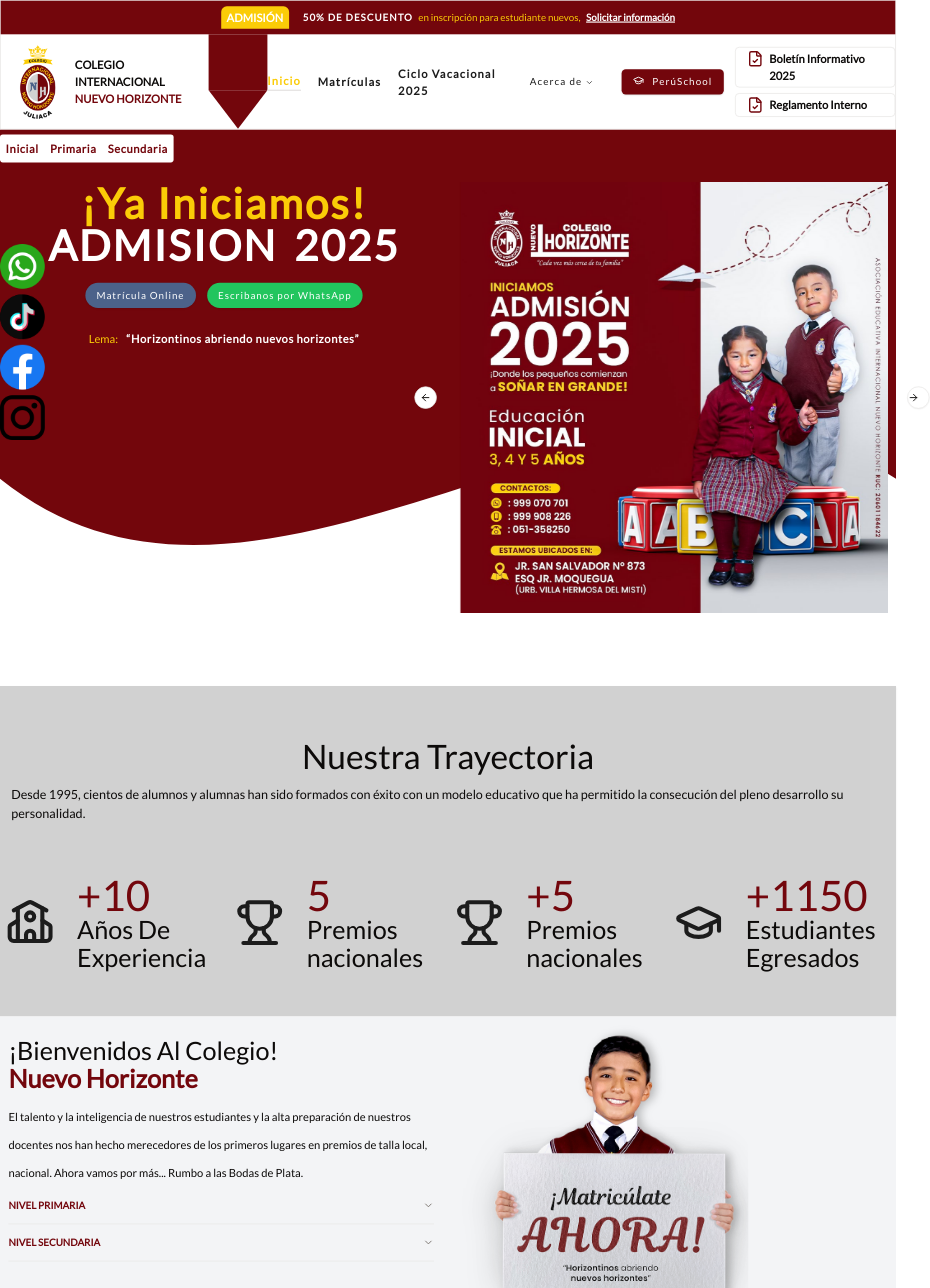
Repository: jefrydep/new_horizont_school
Page: /
These files come from the project's save history. The page is drawn as it stood at one moment and after the next save; the edit follows.
The browser window is 1280 px wide. The page is 1328 px wide, then 1280 px, then 1328 px, so the pictures cover 1328 px, including what lies to the right of the window. The pictures show the part of the page from y = 0 to 1840 px (the page is 4775 px tall before and 4395 px after), at 70% of full size.
The project was rebuilt for these pictures with package versions that can differ from the ones it lists, and the page was loaded fresh each time. The framework's server and built-in components were replaced by stand-ins that run in the browser. Also part of the build but not shown: next.config.ts.

Above is the page before, as saved 2024-12-05 20:01:27.

### src/app/layout.tsx
import type { Metadata } from "next";
import "./globals.css";
import Navbar from "@/components/Navbar";
import Footer from "@/components/Footer";


import { Lato } from 'next/font/google'

const lato = Lato({
  weight: '400',
  subsets: ['latin'],
  display: 'swap',
})

export const metadata: Metadata = {
  title: "COLEGIO INTERNACIONAL NUEVO HORIZONTE - JULIACA",
  description: "el mejor colegio de JULIACA,Colegio internacional nuevo horizonte",
};

export default function RootLayout({
  children,
}: Readonly<{
  children: React.ReactNode;
}>) {
  return (
    <html lang="es">

      <body
        className={` ${lato.className} antialiased `}
      >

        <div className="">
          <Navbar />
        </div>
        <main className="   ">

          {children}
          <div className="flex flex-col fixed  bottom-2     z-50   sm:top-1/2  gap-2">
            <a href="https://wa.me/+51999070701?text=Me%20gustar%C3%ADa%20recibir%20m%C3%A1s%20informaci%C3%B3n%20sobre%20el%20proceso%20de%20matr%C3%ADcula,%20requisitos%20y%20fechas%20importantes.%20Agradecer%C3%ADa%20su%20orientaci%C3%B3n%20para%20poder%20completar%20mi%20inscripci%C3%B3n%20de%20manera%20adecuada.%0A%0AQuedo%20atento%20a%20su%20respuesta.%0A%0ASaludos%20cordiales,%0A" target="_blank">
              {/* Solicitar información */}
              <img src="/whatsapp.png" alt="" className=" animate-bounce h-11  sm:h-16" />
            </a>

            <a href="https://www.tiktok.com/@colegionuevohorizonte" target="_blank">
              {/* Solicitar información */}
              <img src="/tik-tok.png" alt="" className=" animate-bounce h-11  sm:h-16 " />
            </a>
            <a href="https://www.facebook.com/internuevohorizonte  " target="_blank">
              {/* Solicitar información */}
              <img src="/facebook.png" alt="" className=" animate-bounce h-11  sm:h-16 " />
            </a>
            <a href="https://www.instagram.com/colegionuevohorizontejuliaca" target="_blank">
              {/* Solicitar información */}
              <img src="/instagram.png" alt="" className=" animate-bounce h-11  sm:h-16" />
            </a>
          </div>
        </main>
        <Footer />
      </body>
    </html>
  );
}

### src/app/page.tsx
import Form from "@/components/Form";
import Hero from "@/components/Hero";
import Location from "@/components/Location";
import PresentationCard from "@/components/PresentationCard";
import RegisterCard from "@/components/RegisterCard";
import StudentCard from "@/components/StudentCard";
import TrajectoryCard from "@/components/TrajectoryCard";

export default function Home() {
  return (
    <div className="">
      <Hero colorWave="#fff" title="¡Ya Iniciamos!" subtitle="ADMISION" year="2025" />
      <TrajectoryCard />
      <PresentationCard title="¡Bienvenidos Al Colegio!" subtitle="Nuevo Horizonte" />
      <StudentCard title="Nuestro Estudiante Es:" />
      <RegisterCard title="Proceso De Matrícula 2025" />
      <Form />
      <Location/>
    </div>
  );
}

### src/components/Hero.tsx
"use client";
import { Button } from "./ui/button";

const imagesHero = [
  {
    id: 1,
    path: "/matricula-2025.jpg",
  },
  {
    id: 2,
    path: "/matricula-2025-2.jpg",
  },
  {
    id: 3,
    path: "/matricula-2025-3.jpg",
  },
  {
    id: 4,
    path: "/matricula-2025-4.jpg",
  },
  {
    id: 5,
    path: "/matricula-2025-5.jpg",
  },
  {
    id: 6,
    path: "/ingresante.jpg",
  },
];
import {
  Carousel,
  CarouselContent,
  CarouselItem,
  CarouselNext,
  CarouselPrevious,
} from "@/components/ui/carousel";
import Autoplay from "embla-carousel-autoplay";

interface Props {
  title: string;
  subtitle: string;
  year?: string;

  colorWave?: string;
}

export default function Hero({ title, subtitle, year, colorWave }: Props) {
  return (
    <div className=" bg-title  ">
      <section className="container m-auto sm:pt-8 pt-40">
        {/* Contenedor con la imagen, texto y botones */}
        <div className="    flex flex-col     sm:pt-40 relative">
          <div className="   flex flex-row text-title font-bold justify-center mb-7 w-full sm:w-min    h-min    px-2 py-2 tracking-wider rounded gap-4   bg-white">
            <span>Inicial</span>
            <span>Primaria</span>
            <span>Secundaria</span>
          </div>
          {/* <div className="">
            <img className="z-50" src="/matricula-2025.jpg" alt=""  />
          </div> */}
          <div className="flex flex-col sm:flex-row  ">
            <div className="   flex flex-col items-center sm:w-[50%] text-center px-4">
              <h1 className=" animate-slide-down-delay-2   text-4xl sm:text-6xl font-bold text-[#fbcc07] tracking-wider">
                {title}
                <br />
                <div>
                  <span className="text-white">{subtitle}</span>
                  <span className="text-white ml-6">{year}</span>
                </div>
              </h1>

              <div className="flex justify-center z-40   duration-75 text-white  gap-4 mt-6">
                <Button className="rounded-3xl   tracking-widest">
                  <a
                    href="https://wa.me/+51999070701?text=Me%20gustar%C3%ADa%20recibir%20m%C3%A1s%20informaci%C3%B3n%20sobre%20el%20proceso%20de%20matr%C3%ADcula,%20requisitos%20y%20fechas%20importantes.%20Agradecer%C3%ADa%20su%20orientaci%C3%B3n%20para%20poder%20completar%20mi%20inscripci%C3%B3n%20de%20manera%20adecuada.%0A%0AQuedo%20atento%20a%20su%20respuesta.%0A%0ASaludos%20cordiales,%0A"
                    target="_blank"
                  >
                    Matrícula Online
                  </a>
                </Button>
                <Button className="bg-green-500  hover:bg-green-600  tracking-widest  rounded-3xl">
                  <a
                    href="https://wa.me/+51999070701?text=Me%20gustar%C3%ADa%20recibir%20m%C3%A1s%20informaci%C3%B3n%20sobre%20el%20proceso%20de%20matr%C3%ADcula,%20requisitos%20y%20fechas%20importantes.%20Agradecer%C3%ADa%20su%20orientaci%C3%B3n%20para%20poder%20completar%20mi%20inscripci%C3%B3n%20de%20manera%20adecuada.%0A%0AQuedo%20atento%20a%20su%20respuesta.%0A%0ASaludos%20cordiales,%0A"
                    target="_blank"
                  >
                    Escribanos por WhatsApp
                  </a>
                </Button>
              </div>
              <div className="flex gap-3 mt-8">
                <h5 className="text-subtitle ">Lema:</h5>
                <b className="tracking-wider text-white">
                  “Horizontinos abriendo nuevos horizontes”
                </b>
              </div>
            </div>



            <Carousel
              plugins={[
                Autoplay({
                  delay: 3000,
                }),
              ]}
              className=" px-3    sm:w-[50%] z-10  "
            >
              <CarouselContent className="min">
                {imagesHero.map((img) => (
                  <CarouselItem key={img.id}>
                    <div className=" ">
                      <div className="    flex justify-center   z-10">
                        <img
                          src={img.path}
                          alt="Imagen principal"
                          className="   w-full       "
                        />
                      </div>
                    </div>
                  </CarouselItem>
                ))}
              </CarouselContent>
              <CarouselPrevious />
              <CarouselNext className="hidden sm:block" />
            </Carousel>
          </div>
          <div className="absolute bottom-0 sm:hidden w-full h-16">
            <svg
              className="absolute bottom-0 left-0 w-full"
              viewBox="0 0 500 150"
              preserveAspectRatio="none"
            >
              <path
                d="M0.00,49.98 C149.54,170.23 349.20,-49.98 500.00,49.98 L500.00,150.00 L0.00,150.00 "
                fill={colorWave ? colorWave : "#1c1c1c"} // Color de la ola (puedes usar cualquier color)
              ></path>
            </svg>
          </div>
        </div>

        {/* La ola (wave) en la parte inferior */}
      </section>
      <div className="relative hidden sm:block  w-full h-16">
        <svg
          className="absolute bottom-0 left-0 w-full"
          viewBox="0 0 500 150"
          preserveAspectRatio="none"
        >
          <path
            d="M0.00,49.98 C149.54,170.23 349.20,-49.98 500.00,49.98 L500.00,150.00 L0.00,150.00 Z"
            // fill="#73060C" // Color de la ola (puedes usar cualquier color)
            fill={colorWave ? colorWave : "#1c1c1c"} // Color de la ola (puedes usar cualquier color)
          ></path>
        </svg>
      </div>
    </div>
  );
}

### src/components/Location.tsx

export default function Location() {
    return (
        <div className='w-full container m-auto bg-red-400'>
            {/* <iframe src="https://www.google.com/maps/embed?pb=!1m18!1m12!1m3!1d3844.9316625787906!2d-70.12231792745375!3d-15.488107585110283!2m3!1f0!2f0!3f0!3m2!1i1024!2i768!4f13.1!3m3!1m2!1s0x9167f3956c2bda63%3A0x64c4524617e0482a!2sColegio%20Nuevo%20Horizonte!5e0!3m2!1ses-419!2spe!4v1731094832258!5m2!1ses-419!2spe" width="600" height="450" style="border:0;" allowfullscreen="" loading="lazy" referrerpolicy="no-referrer-when-downgrade"></iframe> */}
            <iframe src="https://www.google.com/maps/embed?pb=!1m18!1m12!1m3!1d3844.9316625787906!2d-70.12231792745375!3d-15.488107585110283!2m3!1f0!2f0!3f0!3m2!1i1024!2i768!4f13.1!3m3!1m2!1s0x9167f3956c2bda63%3A0x64c4524617e0482a!2sColegio%20Nuevo%20Horizonte!5e0!3m2!1ses-419!2spe!4v1731094832258!5m2!1ses-419!2spe" width="100%" height="450"   loading="lazy"  ></iframe>
        </div>
    )
}

### src/components/StudentCard.tsx
import { Check } from "lucide-react";
const student = [
    {
        id: 1,
        profile: "Puntual"
    },
    {
        id: 2,
        profile: "Respetuoso"
    },
    {
        id: 3,
        profile: "Responsable"
    },
    {
        id: 4,
        profile: "Honesto"
    },

]
interface Props {
    title: string;

}
export default function StudentCard({ title }: Props) {
    return (
        <div className="bg-[#fbcc07] pt-8">

            <h4 className="text-4xl  text-title text-center font-bold">{title}</h4>
            <div className="container grid  grid-cols-1 sm:grid-cols-2   m-auto p-3">
                <div>
                    <img src="/SECUNDARIA.png" alt="nivel primaria" className="h-[23rem] sm:h-[33rem]" />
                </div>
                <div className="  w-full ">
                    {/* <h4 className="text-4xl">{subtitle}</h4> */}
                    <div className="leading-10 text-base mt-4">
                        {student.map(student => (



                            <span key={student.id} className="flex   items-center">
                                <Check />
                                <p className="ml-3">
                                    {student.profile}
                                </p>
                            </span>
                        ))}

                    </div>

                </div>


            </div>
        </div>
    )
}

### src/components/ui/button.tsx
import * as React from "react"
import { Slot } from "@radix-ui/react-slot"
import { cva, type VariantProps } from "class-variance-authority"

import { cn } from "@/lib/utils"

const buttonVariants = cva(
  "inline-flex items-center justify-center gap-2 whitespace-nowrap rounded-md text-sm font-medium transition-colors focus-visible:outline-none focus-visible:ring-1 focus-visible:ring-ring disabled:pointer-events-none disabled:opacity-50 [&_svg]:pointer-events-none [&_svg]:size-4 [&_svg]:shrink-0",
  {
    variants: {
      variant: {
        default:
          "bg-primary text-primary-foreground shadow hover:bg-primary/90",
        destructive:
          "bg-destructive text-destructive-foreground shadow-sm hover:bg-destructive/90",
        outline:
          "border border-input bg-background shadow-sm hover:bg-accent hover:text-accent-foreground",
        secondary:
          "bg-secondary text-secondary-foreground shadow-sm hover:bg-secondary/80",
        ghost: "hover:bg-accent hover:text-accent-foreground",
        link: "text-primary underline-offset-4 hover:underline",
      },
      size: {
        default: "h-9 px-4 py-2",
        sm: "h-8 rounded-md px-3 text-xs",
        lg: "h-10 rounded-md px-8",
        icon: "h-9 w-9",
      },
    },
    defaultVariants: {
      variant: "default",
      size: "default",
    },
  }
)

export interface ButtonProps
  extends React.ButtonHTMLAttributes<HTMLButtonElement>,
    VariantProps<typeof buttonVariants> {
  asChild?: boolean
}

const Button = React.forwardRef<HTMLButtonElement, ButtonProps>(
  ({ className, variant, size, asChild = false, ...props }, ref) => {
    const Comp = asChild ? Slot : "button"
    return (
      <Comp
        className={cn(buttonVariants({ variant, size, className }))}
        ref={ref}
        {...props}
      />
    )
  }
)
Button.displayName = "Button"

export { Button, buttonVariants }

### src/components/ui/textarea.tsx
import * as React from "react"

import { cn } from "@/lib/utils"

const Textarea = React.forwardRef<
  HTMLTextAreaElement,
  React.ComponentProps<"textarea">
>(({ className, ...props }, ref) => {
  return (
    <textarea
      className={cn(
        "flex min-h-[60px] w-full rounded-md border border-gray-600 bg-transparent px-3 py-2 text-base shadow-sm placeholder:text-muted-foreground focus-visible:outline-none focus-visible:ring-1 focus-visible:ring-ring disabled:cursor-not-allowed disabled:opacity-50 md:text-sm",
        className
      )}
      ref={ref}
      {...props}
    />
  )
})
Textarea.displayName = "Textarea"

export { Textarea }

### src/components/ui/input.tsx
import * as React from "react"

import { cn } from "@/lib/utils"

const Input = React.forwardRef<HTMLInputElement, React.ComponentProps<"input">>(
  ({ className, type, ...props }, ref) => {
    return (
      <input
        type={type}
        className={cn(
          "flex h-9 w-full rounded-md border  border-gray-600 bg-transparent  px-3 py-1 text-base shadow-sm transition-colors file:border-0 file:bg-transparent file:text-sm file:font-medium file:text-foreground placeholder:text-muted-foreground focus-visible:outline-none focus-visible:ring-1 focus-visible:ring-ring disabled:cursor-not-allowed disabled:opacity-50 md:text-sm",
          className
        )}
        ref={ref}
        {...props}
      />
    )
  }
)
Input.displayName = "Input"

export { Input }

### src/components/ui/accordion.tsx
"use client"

import * as React from "react"
import * as AccordionPrimitive from "@radix-ui/react-accordion"
import { ChevronDown } from "lucide-react"

import { cn } from "@/lib/utils"

const Accordion = AccordionPrimitive.Root

const AccordionItem = React.forwardRef<
  React.ElementRef<typeof AccordionPrimitive.Item>,
  React.ComponentPropsWithoutRef<typeof AccordionPrimitive.Item>
>(({ className, ...props }, ref) => (
  <AccordionPrimitive.Item
    ref={ref}
    className={cn("border-b", className)}
    {...props}
  />
))
AccordionItem.displayName = "AccordionItem"

const AccordionTrigger = React.forwardRef<
  React.ElementRef<typeof AccordionPrimitive.Trigger>,
  React.ComponentPropsWithoutRef<typeof AccordionPrimitive.Trigger>
>(({ className, children, ...props }, ref) => (
  <AccordionPrimitive.Header className="flex">
    <AccordionPrimitive.Trigger
      ref={ref}
      className={cn(
        "flex flex-1 items-center justify-between py-4 text-sm font-medium transition-all hover:underline text-left [&[data-state=open]>svg]:rotate-180",
        className
      )}
      {...props}
    >
      {children}
      <ChevronDown className="h-4 w-4 shrink-0 text-muted-foreground transition-transform duration-200" />
    </AccordionPrimitive.Trigger>
  </AccordionPrimitive.Header>
))
AccordionTrigger.displayName = AccordionPrimitive.Trigger.displayName

const AccordionContent = React.forwardRef<
  React.ElementRef<typeof AccordionPrimitive.Content>,
  React.ComponentPropsWithoutRef<typeof AccordionPrimitive.Content>
>(({ className, children, ...props }, ref) => (
  <AccordionPrimitive.Content
    ref={ref}
    className="overflow-hidden text-sm data-[state=closed]:animate-accordion-up data-[state=open]:animate-accordion-down"
    {...props}
  >
    <div className={cn("pb-4 pt-0", className)}>{children}</div>
  </AccordionPrimitive.Content>
))
AccordionContent.displayName = AccordionPrimitive.Content.displayName

export { Accordion, AccordionItem, AccordionTrigger, AccordionContent }

Loaded but not shown: src/lib/utils.ts (common file); src/app/data/data.ts (459 lines, source omitted); src/components/Navbar.tsx (292 lines, source omitted); src/components/RegisterCard.tsx (178 lines, source omitted); src/components/ui/carousel.tsx (262 lines, source omitted); src/components/ui/navigation-menu.tsx (128 lines, source omitted); src/components/Form.tsx (162 lines, source omitted); src/components/ui/sheet.tsx (140 lines, source omitted); src/components/Footer.tsx (97 lines, source omitted); src/components/TrajectoryCard.tsx (65 lines, source omitted); src/components/PresentationCard.tsx (66 lines, source omitted); src/app/globals.css (97 lines, source omitted); tailwind.config.ts (91 lines, source omitted)

After the next save:
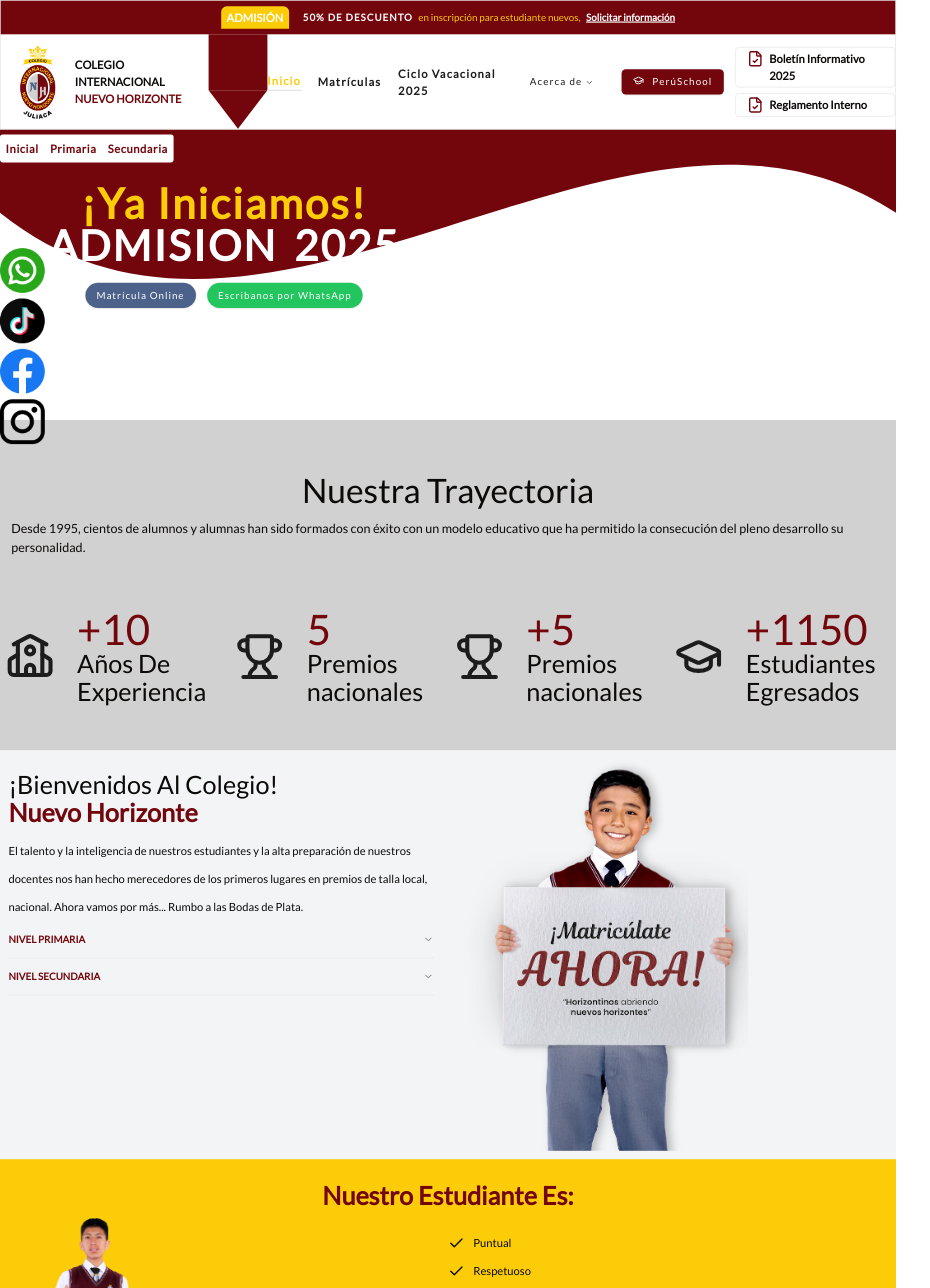
Saved 61 s later.
--- a/src/components/Hero.tsx
+++ b/src/components/Hero.tsx
@@ -97,7 +97,7 @@
 
 
 
-            <Carousel
+            {/* <Carousel
               plugins={[
                 Autoplay({
                   delay: 3000,
@@ -122,7 +122,7 @@
               </CarouselContent>
               <CarouselPrevious />
               <CarouselNext className="hidden sm:block" />
-            </Carousel>
+            </Carousel> */}
           </div>
           <div className="absolute bottom-0 sm:hidden w-full h-16">
             <svg

After the save that followed:
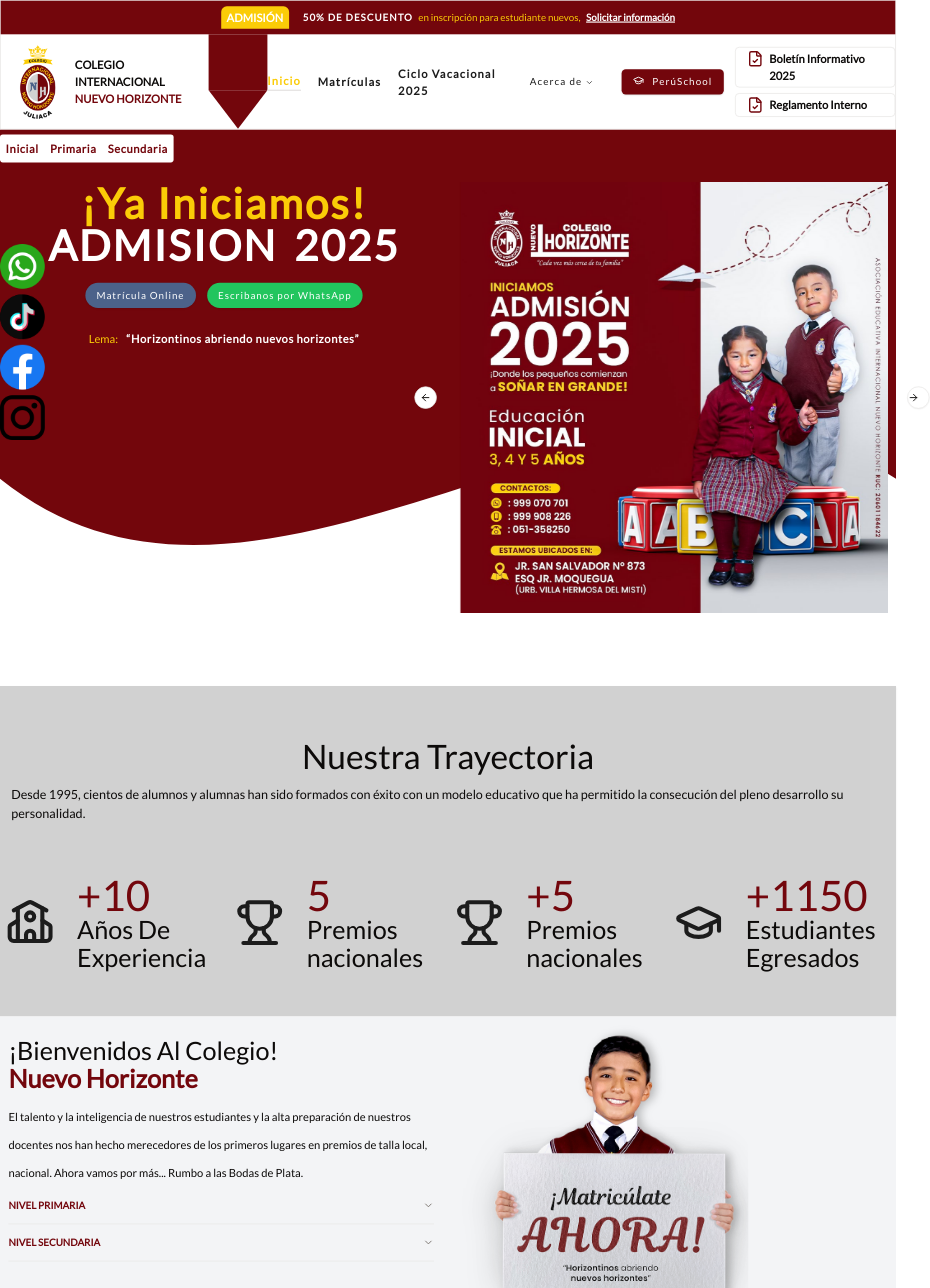
Saved 19 s later.
--- a/src/components/Hero.tsx
+++ b/src/components/Hero.tsx
@@ -97,7 +97,7 @@
 
 
 
-            {/* <Carousel
+            <Carousel
               plugins={[
                 Autoplay({
                   delay: 3000,
@@ -122,7 +122,7 @@
               </CarouselContent>
               <CarouselPrevious />
               <CarouselNext className="hidden sm:block" />
-            </Carousel> */}
+            </Carousel>
           </div>
           <div className="absolute bottom-0 sm:hidden w-full h-16">
             <svg
